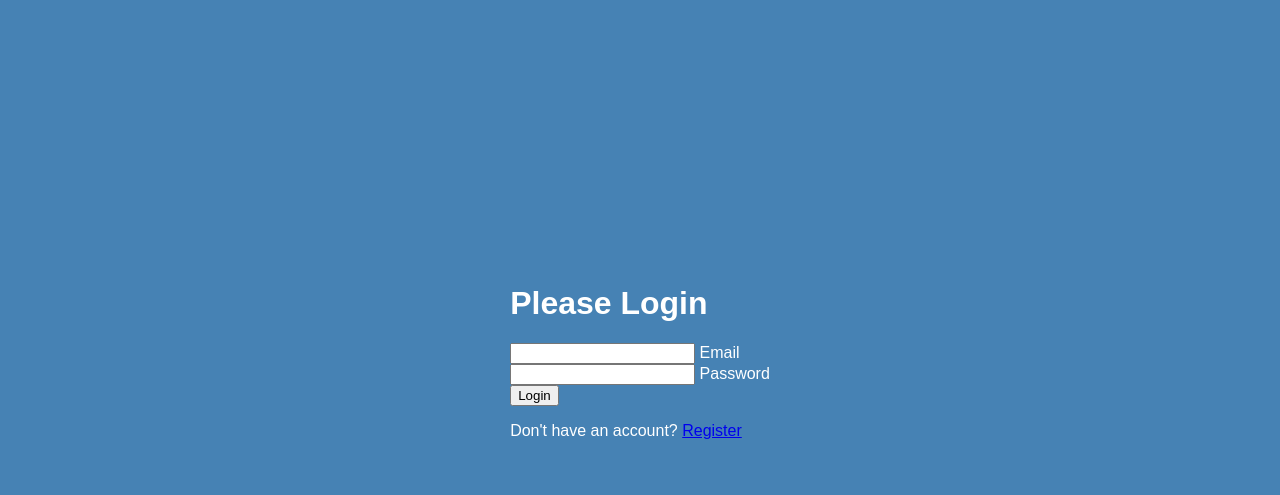
Repository: thecoachanna/form-animation
Page: index.html
These files come from the project's save history. The page is drawn as it stood at one moment and after the next save; the edit follows.
The browser window is 1280 px wide. The pictures show the whole page.
Some web fonts or font styles are not loaded; a fallback is used.

Above is the page before, as saved 2023-02-26 09:54:13.

After the next save:
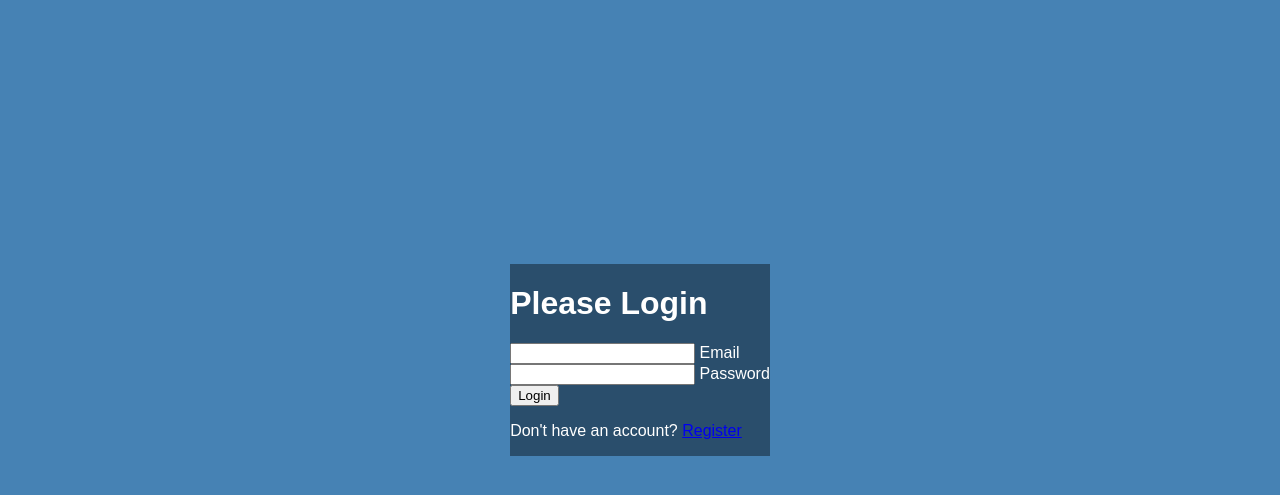
Saved 4 s later.
--- a/style.css
+++ b/style.css
@@ -19,5 +19,5 @@ body {
 }
 
 .container {
-    background-color: rgba();
+    background-color: rgba(0,0,0,0.4);
 }
